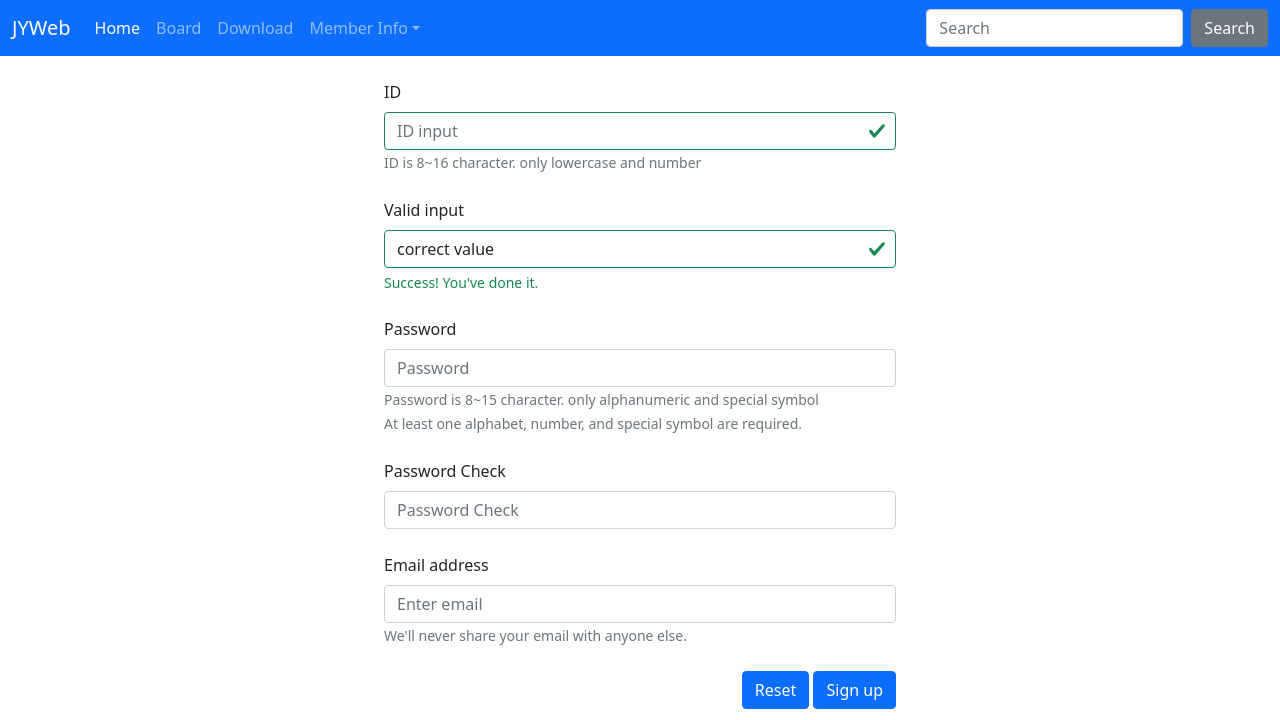
Repository: kjy4926/Javastudy
Page: http://localhost/web_service/signup
An editor plug-in stored every save of this project. The page is shown before and after the next save, followed by the edit.
The browser window is 1280 px wide. The pictures show the whole page.
The page is served by Tomcat 9.

Above is the page before, as saved 2022-06-03 03:40:54.

After the next save:
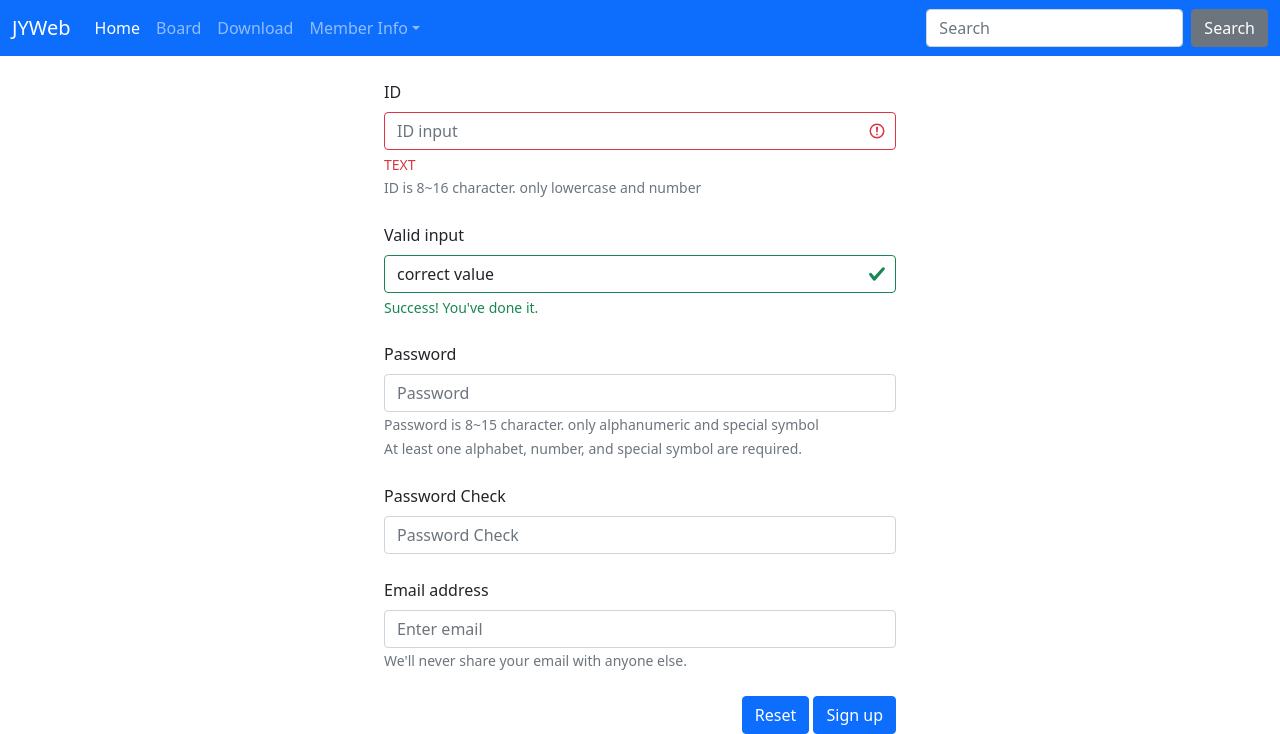
Saved 15 s later.
--- a/jspworkspace/web_service/WebContent/docs/signup.jsp
+++ b/jspworkspace/web_service/WebContent/docs/signup.jsp
@@ -27,7 +27,7 @@
 		<form method="post" name="signup-form" onsubmit="return signUp(this)" action="signup">
 			<div class="form-group has-success has-danger">
 				<label class="form-label mt-4" for="inputID">ID</label>
-				<input type="text" placeholder="ID input" class="form-control is-valid" id="inputID" name="id"
+				<input type="text" placeholder="ID input" class="form-control is-valid is-invalid" id="inputID" name="id"
 				 	pattern="^[a-z][a-z0-9]{7,15}$" oninput="idDuplicateCheck(this.form)" required>
 				<div class="invalid-feedback">TEXT</div>
 				<small id="idHelp" class="form-text text-muted">ID is 8~16 character. only lowercase and number</small>
